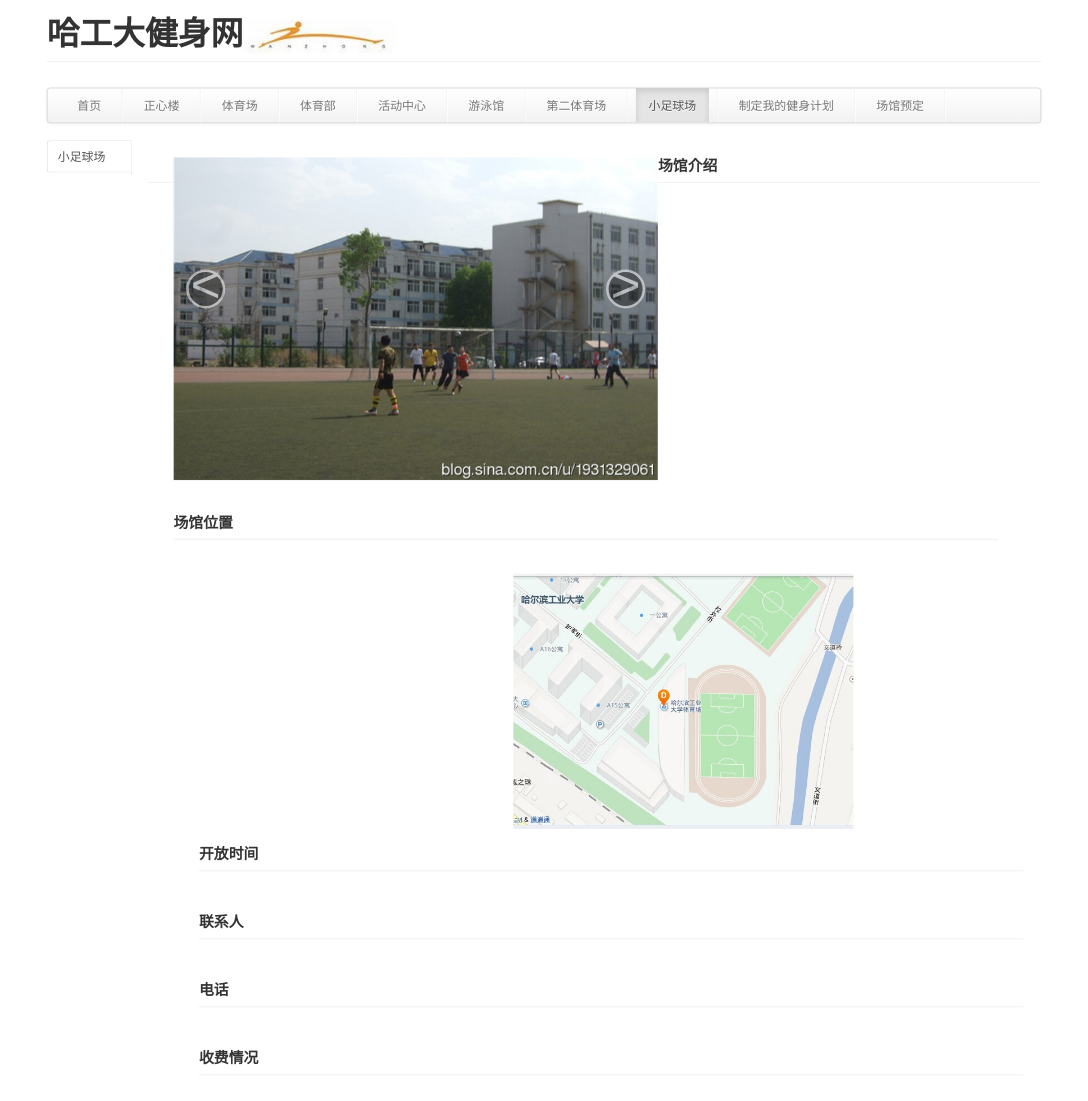
Repository: hitDeveloper/fitness
Page: http://localhost/project/xiaozuqiuchang.jsp
An editor plug-in stored every save of this project. The page is shown before and after the next save, followed by the edit.
The browser window is 1280 px wide. The pictures show the whole page, at 85% of full size.
The page is served by Tomcat 9. Nobody is signed in. The application's start-up code is not run.

Above is the page before, as saved 2014-11-05 00:17:02.

After the next save:
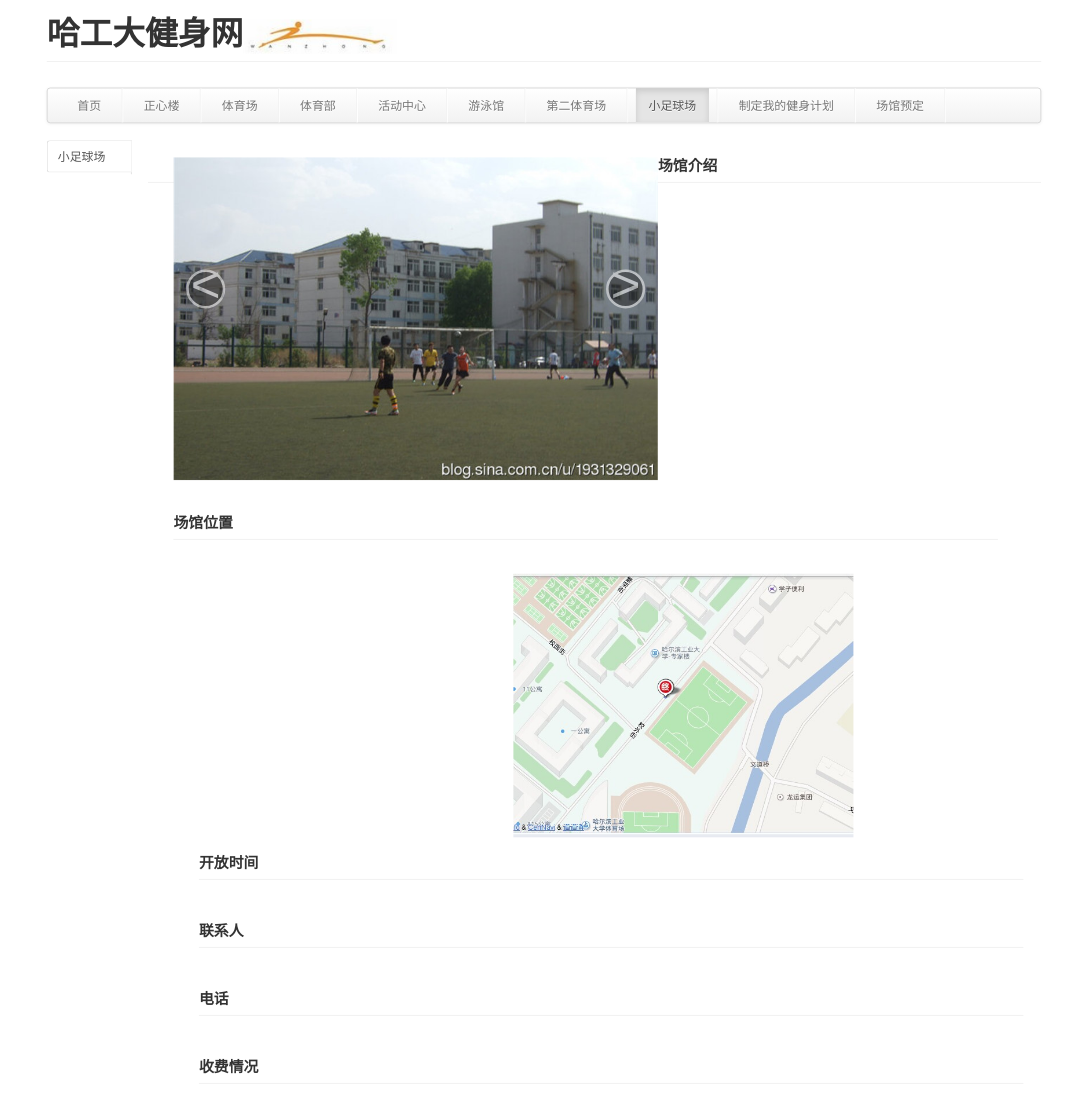
Saved 70 s later.
--- a/Project/project/WebRoot/xiaozuqiuchang.jsp
+++ b/Project/project/WebRoot/xiaozuqiuchang.jsp
@@ -69,7 +69,7 @@
 <p></p>
 </div>
 <div class="span8">
-<img src="image/2.jpg" class="pull-right" width="400">
+<img src="image/3.jpg" class="pull-right" width="400">
 </div>
 <div class="span10">
 <h4 class="page-header">开放时间</h4>
